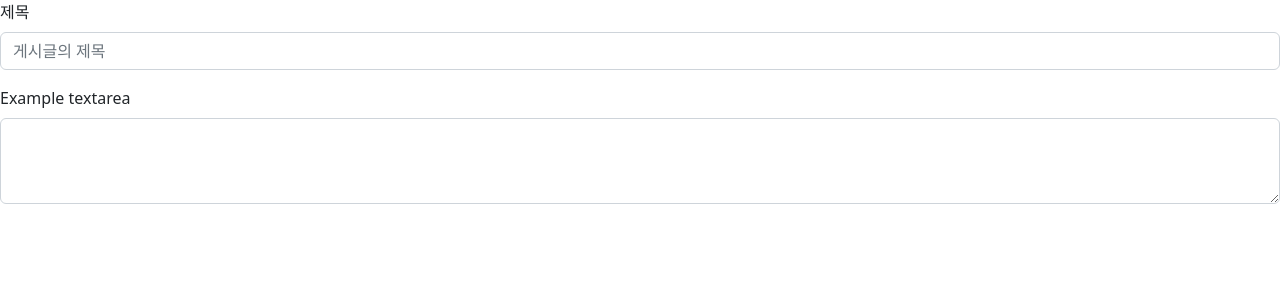
Repository: MeteorLee/Fastcampus_Spring
Page: http://localhost/java-web-01-jsp/board/form.jsp
The author's editor kept a copy of each file at every save. The page is drawn from the files as they stood at one save, then again after the next save.
The browser window is 1280 px wide. The pictures show the whole page.
The page is served by Tomcat 9.

Above is the page before, as saved 2022-12-22 10:14:25.

### java-web-01-jsp/WebContent/board/form.jsp
<%@ page language="java" contentType="text/html; charset=UTF-8"
    pageEncoding="UTF-8"%>
<!DOCTYPE html>
<html>
	<head>
		<meta charset="UTF-8">
		<title>Insert title here</title>
		<link href="https://cdn.jsdelivr.net/npm/bootstrap@5.2.3/dist/css/bootstrap.min.css" rel="stylesheet" integrity="sha384-rbsA2VBKQhggwzxH7pPCaAqO46MgnOM80zW1RWuH61DGLwZJEdK2Kadq2F9CUG65" crossorigin="anonymous">
	</head>

	<body>
	<form action="/board/save.jsp" method="post">
		<div class="mb-3">
			<label for="title" class="form-label">제목</label> <input
				type="text" class="form-control" id="title"
				placeholder="게시글의 제목">
		</div>
		<div class="mb-3">
			<label for="exampleFormControlTextarea1" class="form-label">Example
				textarea</label>
			<textarea class="form-control" id="exampleFormControlTextarea1"
				rows="3"></textarea>
		</div>
	</form>

	<script src="https://cdn.jsdelivr.net/npm/bootstrap@5.2.3/dist/js/bootstrap.bundle.min.js" integrity="sha384-kenU1KFdBIe4zVF0s0G1M5b4hcpxyD9F7jL+jjXkk+Q2h455rYXK/7HAuoJl+0I4" crossorigin="anonymous"></script>
	</body>
</html>

After the next save:
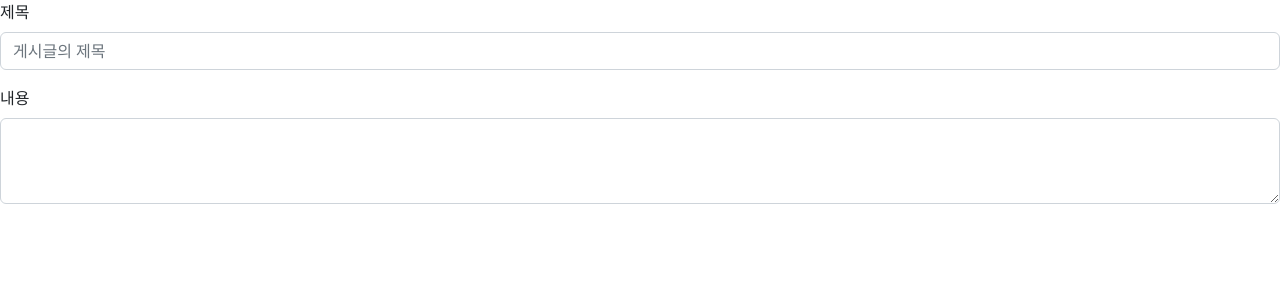
Saved 44 s later.
--- a/java-web-01-jsp/WebContent/board/form.jsp
+++ b/java-web-01-jsp/WebContent/board/form.jsp
@@ -16,9 +16,8 @@
 				placeholder="게시글의 제목">
 		</div>
 		<div class="mb-3">
-			<label for="exampleFormControlTextarea1" class="form-label">Example
-				textarea</label>
-			<textarea class="form-control" id="exampleFormControlTextarea1"
+			<label for="contents" class="form-label">내용</label>
+			<textarea class="form-control" id="contents"
 				rows="3"></textarea>
 		</div>
 	</form>
